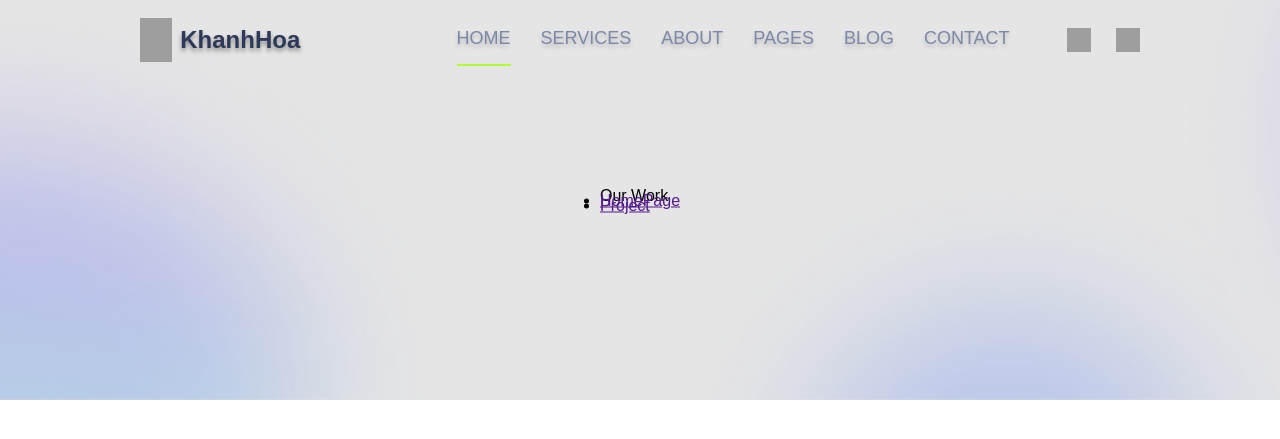
Repository: 0584386177/Clone
Page: src/pr.html
An editor plug-in stored every save of this project. The page is shown before and after the next save, followed by the edit.
The browser window is 1280 px wide. The pictures show the whole page.
Pictures or frames that could not be fetched are drawn as grey boxes. The style sheet was rebuilt from its Sass, Less or Tailwind sources for each picture, by a compiler version that may differ from the author's.

Above is the page before, as saved 2023-09-27 15:38:25.

### src/pr.html
<!DOCTYPE html>
<html lang="en">
  <head>
    <meta charset="UTF-8" />
    <meta name="viewport" content="width=device-width, initial-scale=1.0" />
    <link rel="stylesheet" href="/src/sass/pr.css" />
    <title>Document</title>
  </head>
  <body>
    <div class="container">
      <!-- HEADER -->
      <div class="header">
        <nav>
          <div class="header--top">
            <div class="header--top_logo">
              <img
                class="logo--image"
                src="/assets/images/Frame (1).png"
                alt="logo"
              />
              <h5 class="logo--title">KhanhHoa</h5>
            </div>
            <div class="header--top_menu">
              <ul class="menu--items">
                <li class="menu--item item1 active"><a href="#">HOME</a></li>
                <li class="menu--item item2"><a href="#">SERVICES</a></li>
                <li class="menu--item item3"><a href="#">ABOUT</a></li>
                <li class="menu--item item4"><a href="#">PAGES</a></li>
                <li class="menu--item item5"><a href="#">BLOG</a></li>
                <li class="menu--item item6"><a href="#">CONTACT</a></li>
              </ul>
            </div>
            <div class="header--top_features">
              <img
                class="feature--search"
                src="/assets/images/Search.png"
                alt=""
              />
              <img class="feature--cart" src="/assets/images/Bag 2.png" alt="" />
            </div>
          </div>
        </nav>


        <div class="header--footer">
          <div class="header--footer_top">
            <h1>Our Work</h1>
          </div>
          <div class="header--footer_bottom">
            <ul>
              <li><a href="">HomePage</a></li>
              <li><a href="">Project</a></li>
            </ul>
          </div>
        </div>
      </div>
    </div>
  </body>
</html>

### src/sass/pr.scss
@import "reset";
@import "header";

### src/sass/reset.scss
*,
*:before,
*:after {
  box-sizing: border-box;

}
* {
  margin: 0;
  padding: 0;
  font: inherit;
  font-family: sans-serif;
}
img,
picture,
svg,
video {
  display: block;
  max-width: 100%;
}
input,
select,
textarea {
  background-color: transparent;
  outline: none;
}
button {
  cursor: pointer;
  background-color: transparent;
  outline: none;
  border: 0;
}
body {
  min-height: 100vh;
  font-weight: 400;
  font-size: 16px;
  line-height: 1;
}
.container{
  max-width: 1920px;
  margin: 0 auto;
}

### src/sass/header.scss
$primary--color: #2D3958;
$secondary--color: #7B88A8;
  .header{
    width: 100%;
    max-width: 100%;
    min-height: 400px;
    background-image: url(/assets/images/bkg.png);
    background-repeat: no-repeat;
    background-size: cover;
    position: relative;

  }
  .header nav{
    height: 50px;
    margin: 0 auto;
    line-height: 50px;
  }

  .header--top{
    display: flex;
    justify-content: space-evenly;
    align-items: center;
    width: 100%;
    padding-top: 13px;
  }

.header--top_logo{
  width: 176px;
  height: 44px;
  display: flex;
  align-items: center;
  gap: 8px;

}

.logo--image{
  width: 32px;
  height: 44px;
  object-fit: cover;
  flex-shrink: 0;
}

.logo--title{
  color: $primary--color;
  font-size: 24px;
  font-weight: 600;
  text-shadow: 0 3px 4px rgba(0,0,0,0.4);
}
.header--top_menu{
  width: 470px;
}
.menu--items{
  display: flex;
  list-style-type: none;
  gap: 30px;
}
.menu--item{

}

.menu--item a{
  text-decoration: none;
  color: $secondary--color ;
  text-shadow: 0 3px 4px rgba(0,0,0,0.2);
  font-size: 18px;

}
.menu--item.active{
  border-bottom: 2px solid greenyellow;
}

.header--top_features{
  display: flex;
  gap: 25px;
  *{
    object-fit: cover;
    flex-shrink: 0;
    width: 24px;
    height: 24px;
    cursor: pointer;
  }
}

.header--footer{
  position: absolute;
  top: 50%;
  left: 50%;
  transform: translate(-50%,-50%);
  line-height: 5px;
}

After the next save:
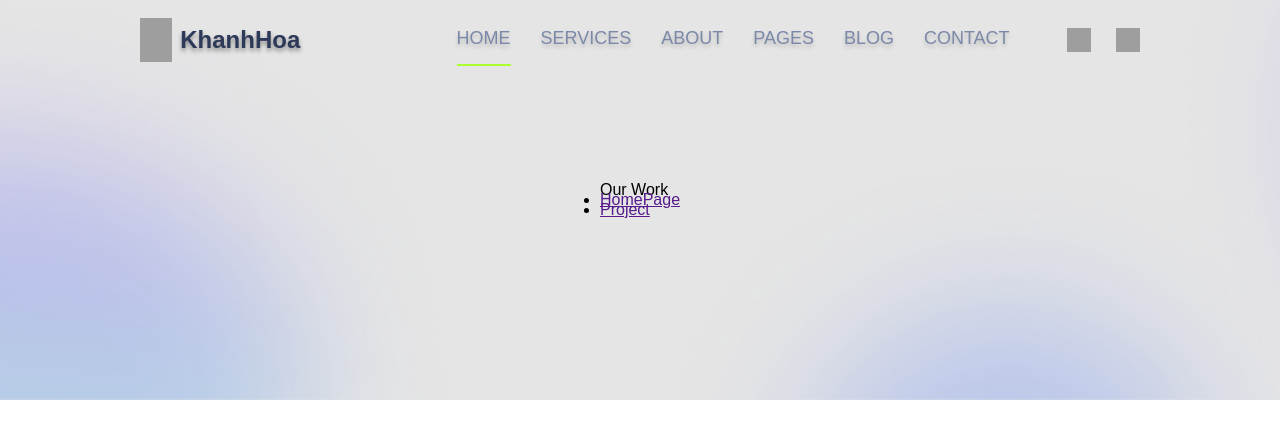
Saved 5 s later.
--- a/src/sass/header.scss
+++ b/src/sass/header.scss
@@ -86,5 +86,5 @@ $secondary--color: #7B88A8;
   top: 50%;
   left: 50%;
   transform: translate(-50%,-50%);
-  line-height: 5px;
+  line-height: 10px;
 }
